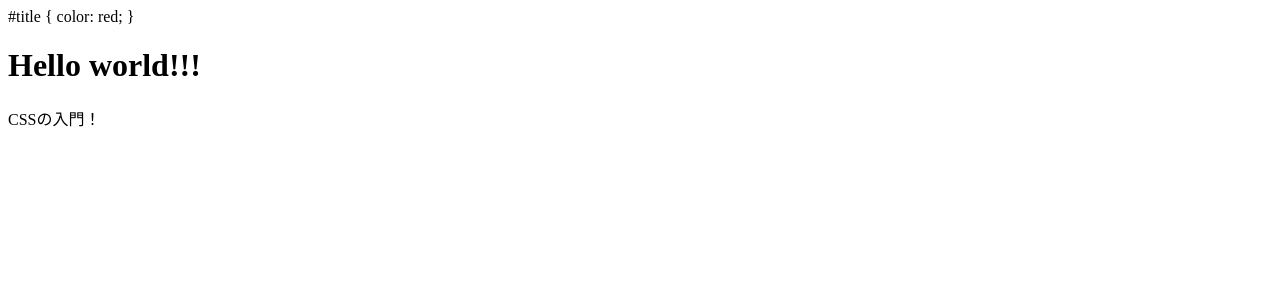
Repository: Black-Holy/rails-06
Page: html/css_intro/index.html
The author's editor kept a record of every edit. The page is drawn from the files as they stood at one moment, then again after the next edit.
The browser window is 1280 px wide. The pictures show the whole page.

Above is the page before.

### html/css_intro/index.html
<!DOCTYPE HTML>
<html>
<head>
  <meta charset="UTF-8" />
  <title>TECH BOOST</title>

    #title {
      color: red;
    }
</head>
  <body>
    <h1 id="title">Hello world!!!</h1>
    <p class="description">CSSの入門！</p>
  </body>
</html>

After the next edit:
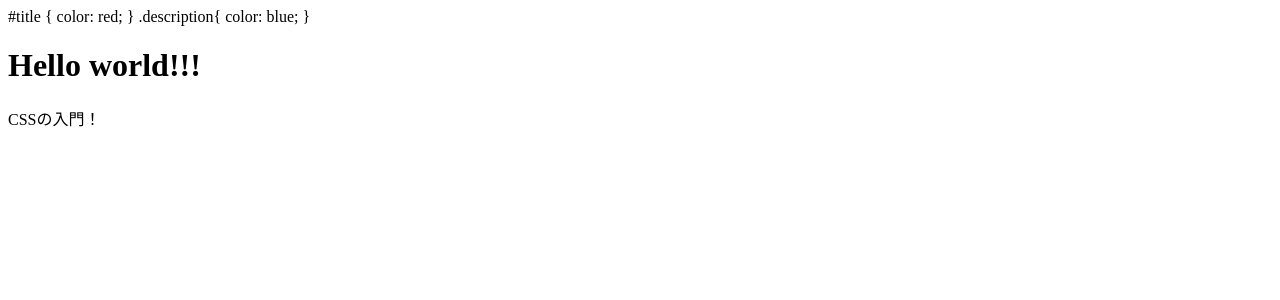
The edit:
--- a/html/css_intro/index.html
+++ b/html/css_intro/index.html
@@ -7,6 +7,10 @@
     #title {
       color: red;
     }
+
+    .description{
+      color: blue;
+    }
 </head>
   <body>
     <h1 id="title">Hello world!!!</h1>
